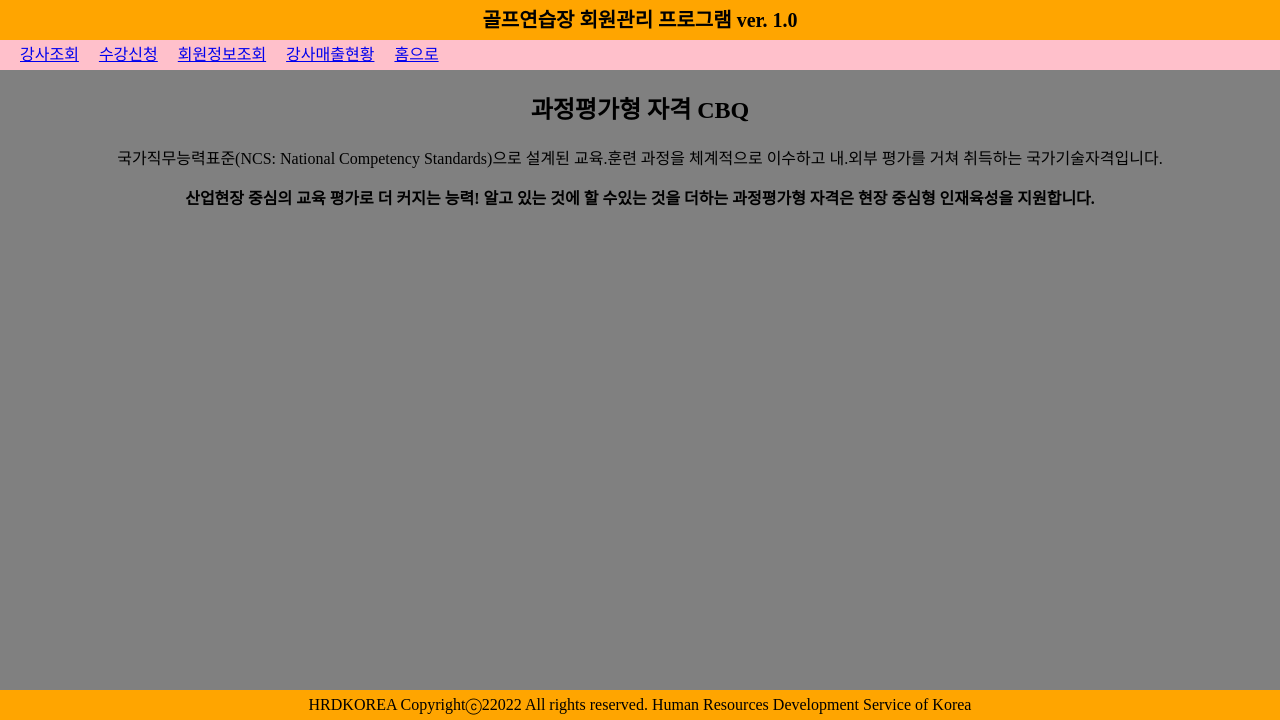
Repository: leesuyeon116/HRD_3
Page: http://localhost/HRD_0505/
These files come from the project's save history. The page is drawn as it stood at one moment and after the next save; the edit follows.
The browser window is 1280 px wide. The pictures show the whole page.
The page is served by Tomcat 9.

Above is the page before, as saved 2024-05-05 08:34:54.

### workspace/HRD_0505/src/main/webapp/index.jsp
<%@ page language="java" contentType="text/html; charset=UTF-8"
    pageEncoding="UTF-8"%>
<!DOCTYPE html>
<html>
<head>
<meta charset="UTF-8">
<title>index</title>
</head>
<body>
<jsp:include page="header.jsp"></jsp:include>
<section style="position: fixed; top: 70px; left: 0px; width: 100%; height: 100%; background-color: gray; text-align: center">
<h2>과정평가형 자격 CBQ</h2>
국가직무능력표준(NCS: National Competency Standards)으로 설계된 교육.훈련 과정을 체계적으로 이수하고 내.외부 평가를 거쳐 취득하는 국가기술자격입니다.
<p>
<b>
산업현장 중심의 교육 평가로 더 커지는 능력!
알고 있는 것에 할 수있는 것을 더하는
과정평가형 자격은
현장 중심형 인재육성을 지원합니다.
</b>
<p>
</section>

<jsp:include page="footer.jsp"></jsp:include>
</body>
</html>

### workspace/HRD_0505/src/main/webapp/header.jsp
<%@ page language="java" contentType="text/html; charset=UTF-8"
    pageEncoding="UTF-8"%>
<!DOCTYPE html>
<html>
<head>
<meta charset="UTF-8">
<title>header</title>
</head>
<body>
<header style="position: fixed; top: 0px; left: 0px; width: 100%; height: 40px; line-height: 40px; background-color: orange;
	text-align: center; font-size: 20px">
<b>골프연습장 회원관리 프로그램 ver. 1.0</b>
</header>

<nav style="position: fixed; top: 40px; left: 0px; width: 100%; height: 30px; line-height: 30px; background-color: pink;
	padding-left: 20px">
	<a href=".jsp">강사조회</a> &nbsp; &nbsp;
	<a href=".jsp">수강신청</a> &nbsp; &nbsp;
	<a href="m_list.jsp">회원정보조회</a> &nbsp; &nbsp;
	<a href=".jsp">강사매출현황</a> &nbsp; &nbsp;
	<a href="index.jsp">홈으로</a> &nbsp; &nbsp;
</nav>
</body>
</html>

### workspace/HRD_0505/src/main/webapp/footer.jsp
<%@ page language="java" contentType="text/html; charset=UTF-8"
    pageEncoding="UTF-8"%>
<!DOCTYPE html>
<html>
<head>
<meta charset="UTF-8">
<title>footer</title>
</head>
<body>
<footer style="position: fixed; bottom: 0px; left: 0px; width: 100%; height: 30px; line-height: 30px; background-color: orange;
	text-align: center">
	HRDKOREA Copyrightⓒ22022 All rights reserved. Human Resources Development Service of Korea
</footer>
</body>
</html>

After the next save:
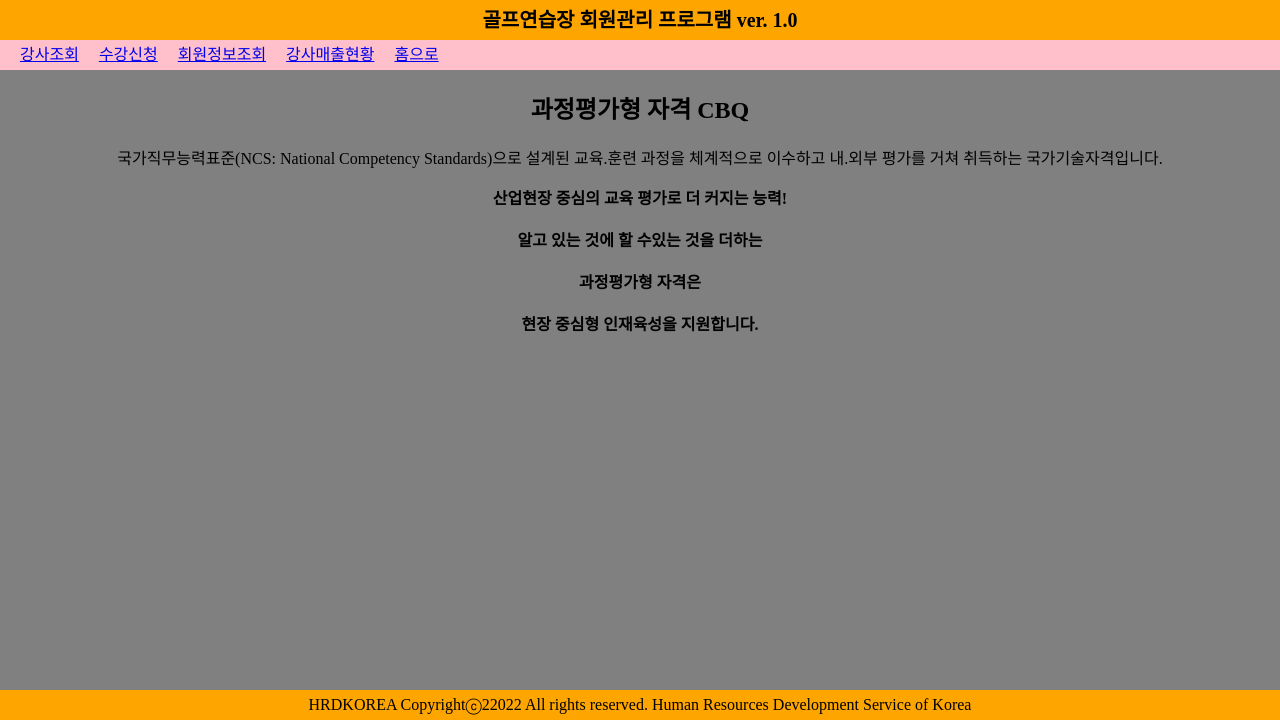
Saved 20 s later.
--- a/workspace/HRD_0505/src/main/webapp/index.jsp
+++ b/workspace/HRD_0505/src/main/webapp/index.jsp
@@ -13,9 +13,9 @@
 국가직무능력표준(NCS: National Competency Standards)으로 설계된 교육.훈련 과정을 체계적으로 이수하고 내.외부 평가를 거쳐 취득하는 국가기술자격입니다.
 <p>
 <b>
-산업현장 중심의 교육 평가로 더 커지는 능력!
-알고 있는 것에 할 수있는 것을 더하는
-과정평가형 자격은
+산업현장 중심의 교육 평가로 더 커지는 능력! <br><br>
+알고 있는 것에 할 수있는 것을 더하는 <br><br>
+과정평가형 자격은 <br><br>
 현장 중심형 인재육성을 지원합니다.
 </b>
 <p>
